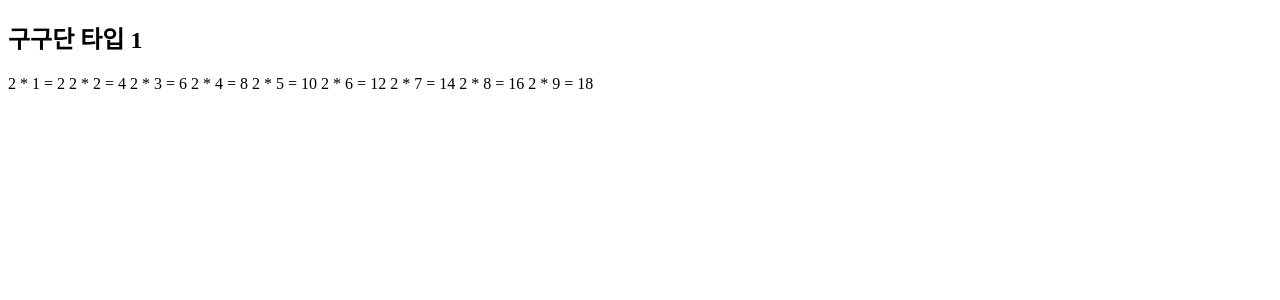
Repository: Byeonghee-son/DB-Servlet
Page: http://localhost/ServletStudy/gugudan1.jsp
The author's editor kept a copy of each file at every save. The page is drawn from the files as they stood at one save, then again after the next save.
The browser window is 1280 px wide. The pictures show the whole page.
The page is served by Tomcat 9.

Above is the page before, as saved 2023-05-17 00:38:29.

After the next save:
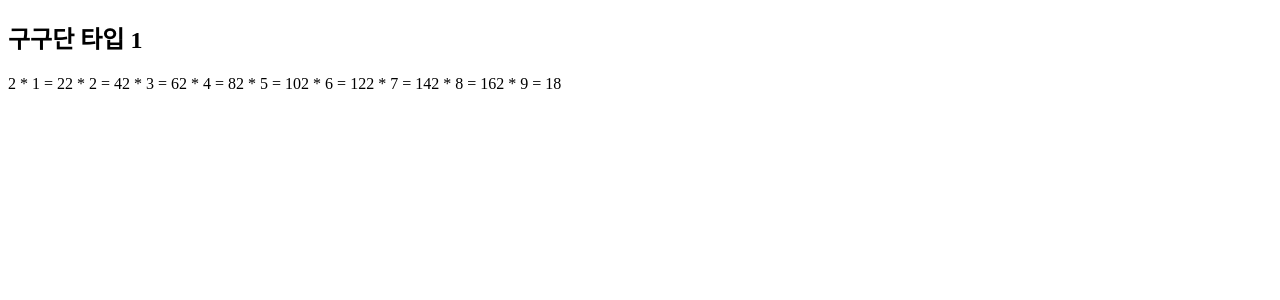
Saved 37 s later.
--- a/ServletStudy/src/main/webapp/gugudan1.jsp
+++ b/ServletStudy/src/main/webapp/gugudan1.jsp
@@ -24,7 +24,7 @@
 	<%
 	for(int i = 1; i < 10; i++){
 	System.out.println(num + " * " + i + " = " + num * i);
-	out.println(num + " * " + i + " = " + num * i);
+	out.print(num + " * " + i + " = " + num * i);
 	}
 	%>
 </body>
